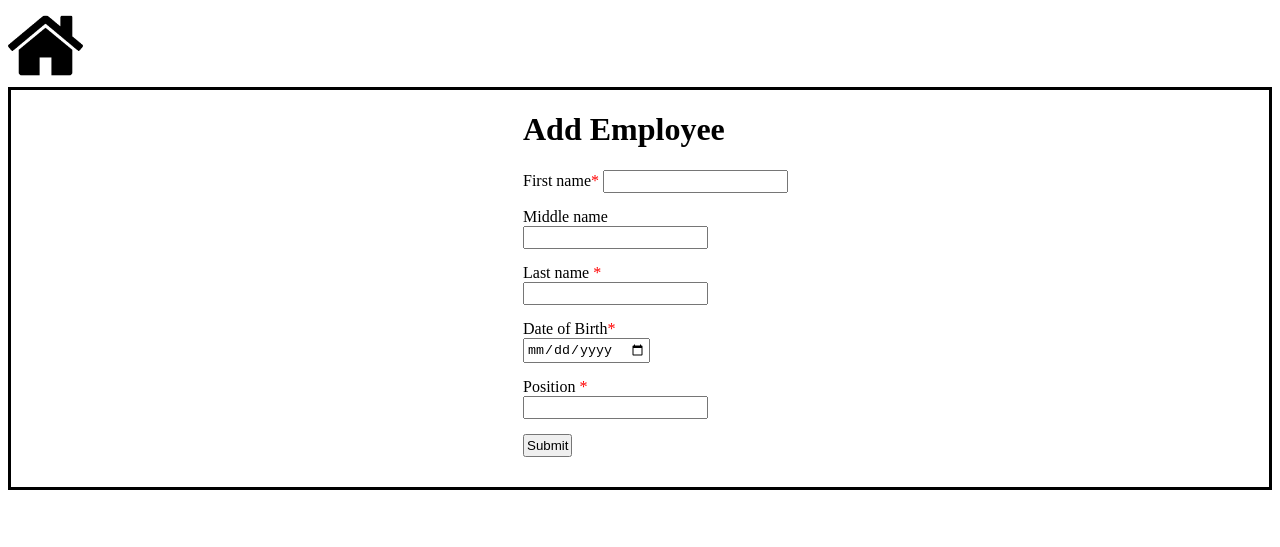
Repository: ticross18/SpringBootEmployeeSystem
Page: EmploymentSystem/src/main/resources/static/addEmp.html
An editor plug-in stored every save of this project. The page is shown before and after the next save, followed by the edit.
The browser window is 1280 px wide. The pictures show the whole page.

Above is the page before, as saved 2022-05-18 19:14:33.

After the next save:
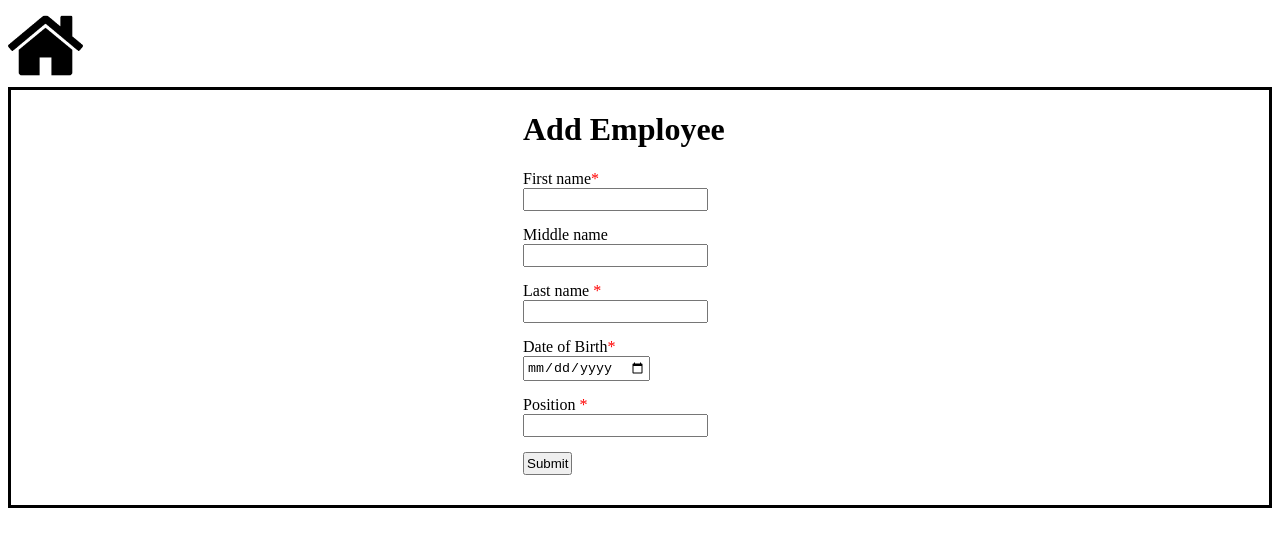
Saved 16 s later.
--- a/EmploymentSystem/src/main/resources/static/addEmp.html
+++ b/EmploymentSystem/src/main/resources/static/addEmp.html
@@ -17,7 +17,7 @@
 
 
 		    <form action="add employee" method="post" modelAttribute="Employees" id="userInput">
-			<label for="fname">First name<span class="asterisk">*</span> </label <br>
+			<label for="fname">First name<span class="asterisk">*</span> </label> <br>
 			<input type="text" id="fname" name="fname"><br>
 			<label for="mname">Middle name</label><br>
 			<input type="text" id="mname" name="mname"><br>
